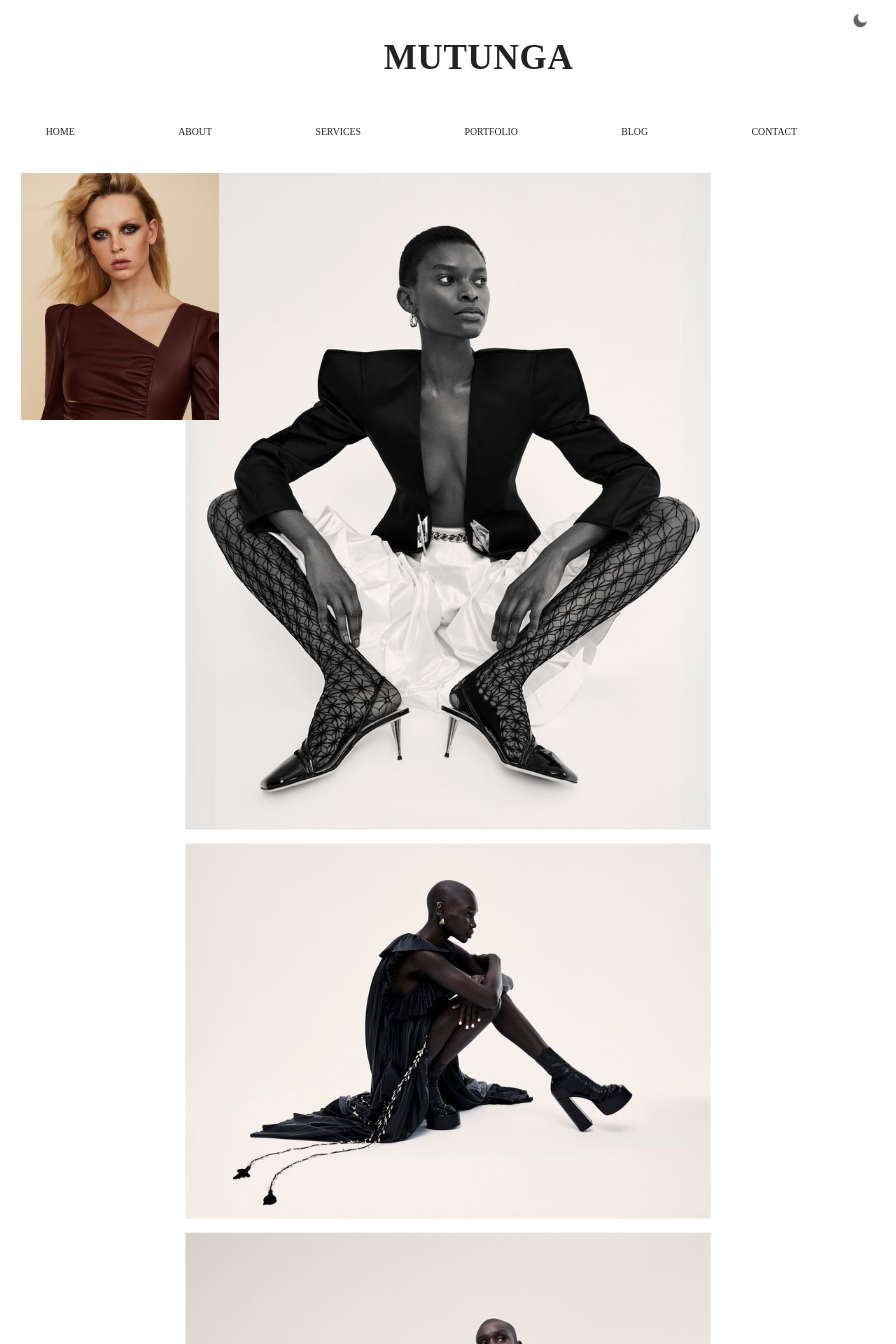
Repository: Jonar254/mutunga-concept-01
Page: index.html
An editor plug-in stored every save of this project. The page is shown before and after a run of saves, followed by the edit.
The browser window is 1280 px wide. The pictures show the part of the page from y = 0 to 1920 px (the page is 48752 px tall before and 49710 px after), at 70% of full size.
Some web fonts or font styles are not loaded; a fallback is used.

Above is the page before, as saved 2024-07-27 12:37:56.

After the next 2 saves:
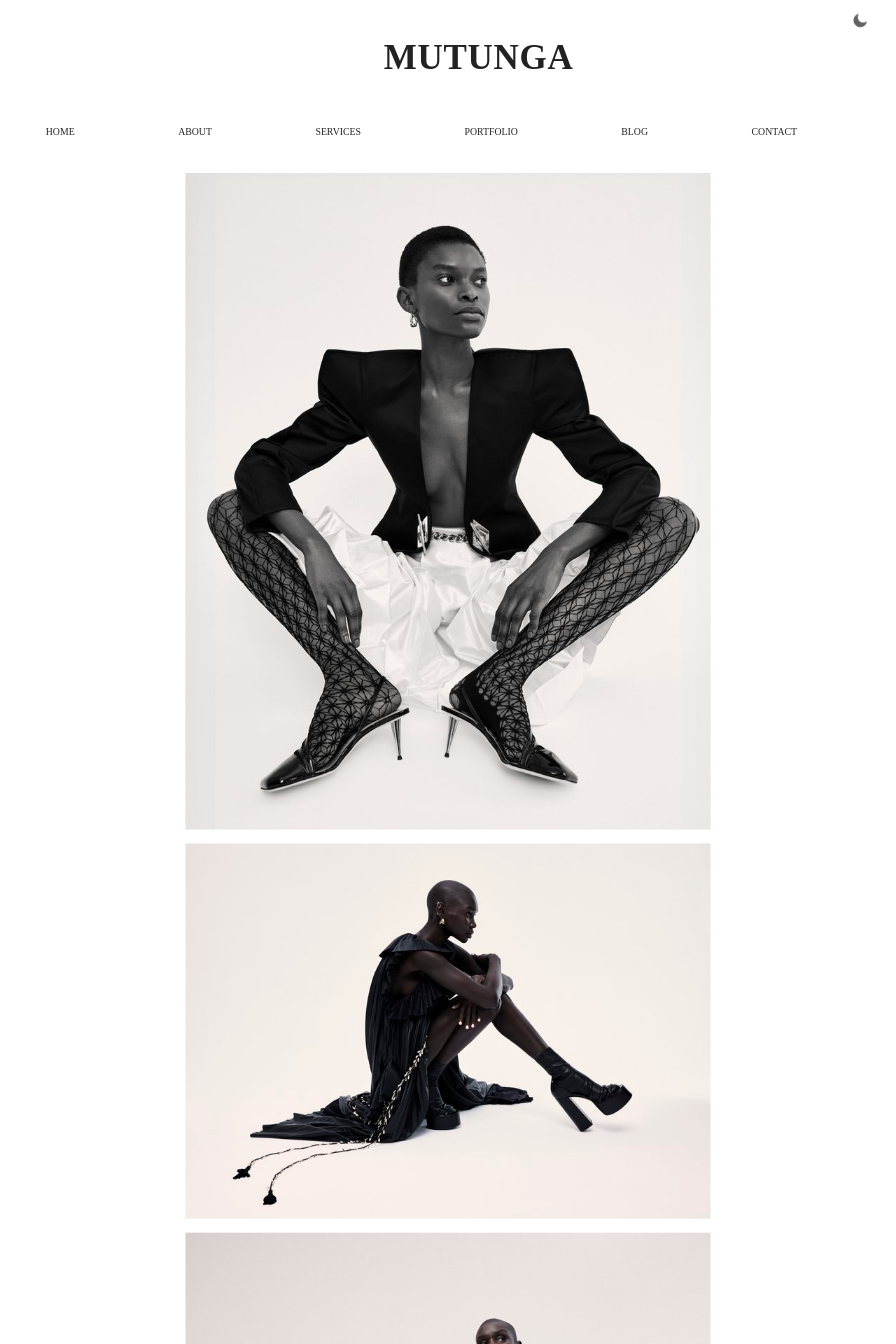
The 2 saves are shown as one change because they came seconds apart.
The last was saved 35 s later.
--- a/index.html
+++ b/index.html
@@ -451,7 +451,7 @@
 
 </div><!-- /Portfolio-39 -->
 
-<div class="col-12 col-md-6 col-lg-3 col-xl- mb-4 reveal single-item" >
+<div class="col-md-4col-sm-6 grid-item" >
     <div class="portfolio-box">
         <img src="img/lara (40).jpg" alt="img" >
 
